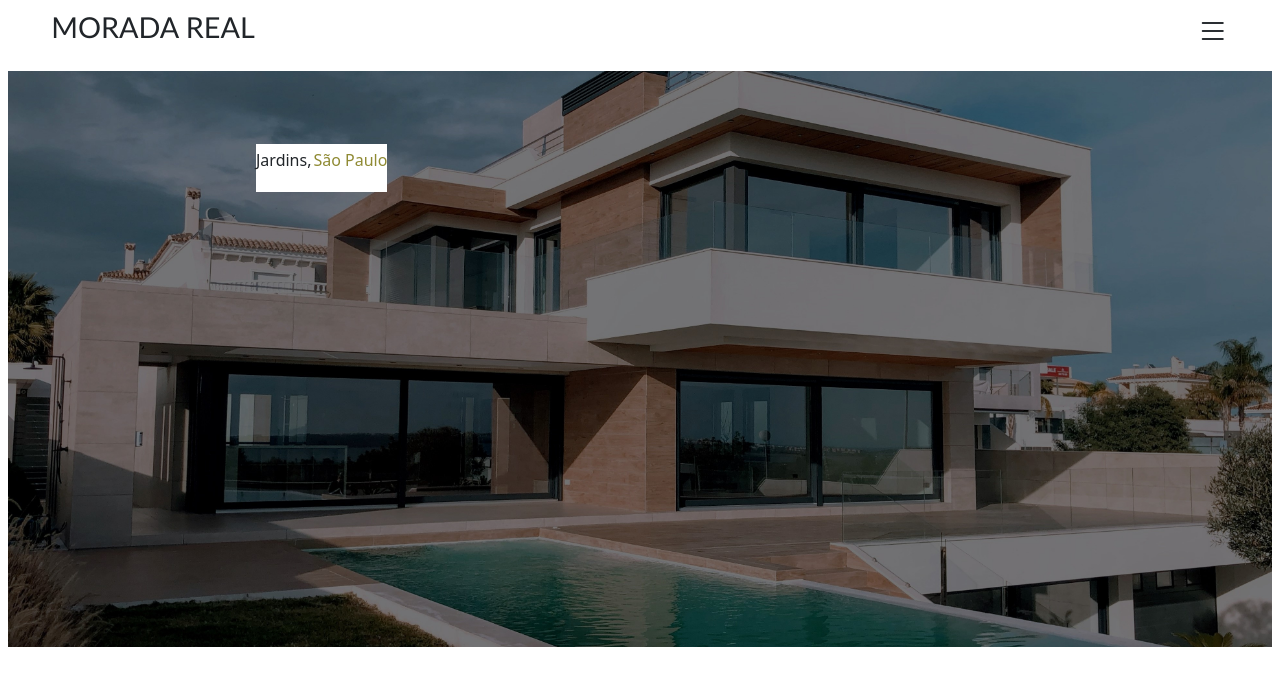
Repository: Mattyns/moradareal
Page: index.html
The author's editor kept a copy of each file at every save. The page is drawn from the files as they stood at one save, then again after a run of saves.
The browser window is 1280 px wide. The pictures show the whole page.

Above is the page before, as saved 2025-07-10 17:55:15.

### index.html
<!DOCTYPE html>
<html lang="pt-br">
    <head>
        <meta charset="UTF-8" />
        <meta name="viewport" content="width=device-width, initial-scale=1.0" />
        <title>Morada Real</title>
        <link
            rel="stylesheet"
            href="https://cdnjs.cloudflare.com/ajax/libs/animate.css/4.1.1/animate.min.css"
        />
        <link
            href="https://cdn.jsdelivr.net/npm/bootstrap@5/dist/css/bootstrap.min.css"
            rel="stylesheet"
            integrity="sha384-QWTKZyjpPEjISv5WaRU9OFeRpok6YctnYmDr5pNlyT2bRjXh0JMhjY6hW+ALEwIH"
            crossorigin="anonymous"
        />
        <link
            rel="stylesheet"
            href="https://cdn.jsdelivr.net/npm/bootstrap-icons@1.11.3/font/bootstrap-icons.min.css"
        />
        <link rel="stylesheet" href="style/style.css" />
    </head>
    <body>
        <header class="header__container">

            <h1 class="logo__text">MORADA REAL</h1> <i class="bi-list menu__list"></i>
        </header>

        <main>
            <section class="contrast">
                <div class="local">
                    <p>Jardins,</p> <p class="local__text--contrast"> São Paulo</p>
                </div>
            </section>
        </main>
    </body>
</html>

### style/style.css
@charset "UTF-8";

:root {
    --preto:black;
    --branco:white;
    --cor1:#D3CC4C;
    --cor2:#B1AB40;
    --cor3:#DCD650;
    --cor4:#8F8A33;
    --cor5:#6D6927;
    --cor6:#4B481B;
    --cor7:#f0eca5;

}

* {
    margin: 0px;
    padding: 0px;
    box-sizing: border-box;
}

.header__container {
    display: flex;
    height: 20%;
    width: 100%;
    background-color: var(--branco);
    align-items: center;
    padding-top: 10px;
    padding-bottom: 10px;
}

.logo__text {
    margin-left: 4%;
    font-size: 180%;
    font-family: 'Trebuchet MS', 'Lucida Sans Unicode', 'Lucida Grande', 'Lucida Sans', Arial, sans-serif;
}

.menu__list {
    font-size: 2em;
    position: absolute;
    right: 4%;
}

.contrast {
    background-image: url(../img/webaliser.jpg);
    background-size: cover;
    background-position: right;
    height: 80vh;
    margin: 8px;

}

.local {
    display: flex;
    background-color: var(--branco);
    width: fit-content;
    padding: 4px 0px;
    padding-left: ;
    position: absolute;
    top: 20%;
    left: 20%;

}

.local__text--contrast {
    color: var(--cor4);
    margin-left: 2px;
}

After the next 2 saves:
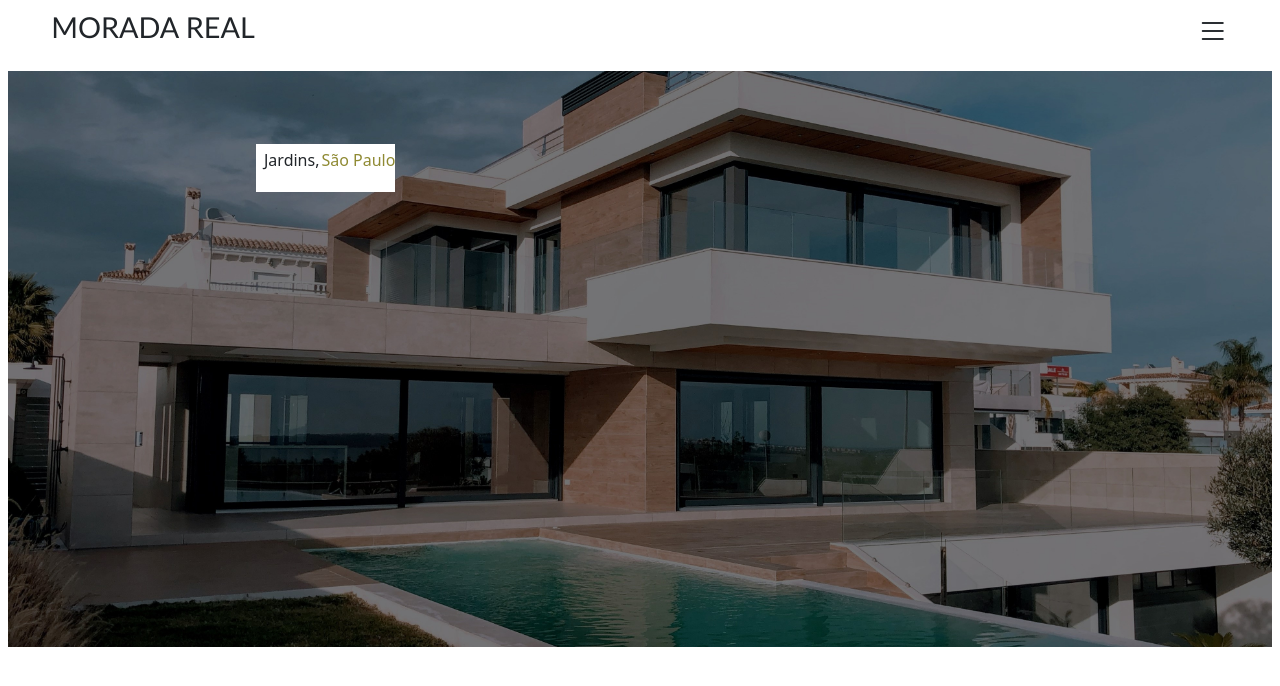
The 2 saves are shown as one change because they came seconds apart.
The last was saved 6 s later.
--- a/style/style.css
+++ b/style/style.css
@@ -55,7 +55,8 @@
     background-color: var(--branco);
     width: fit-content;
     padding: 4px 0px;
-    padding-left: ;
+    padding-left: 8px;
+    padding-right: ;
     position: absolute;
     top: 20%;
     left: 20%;
